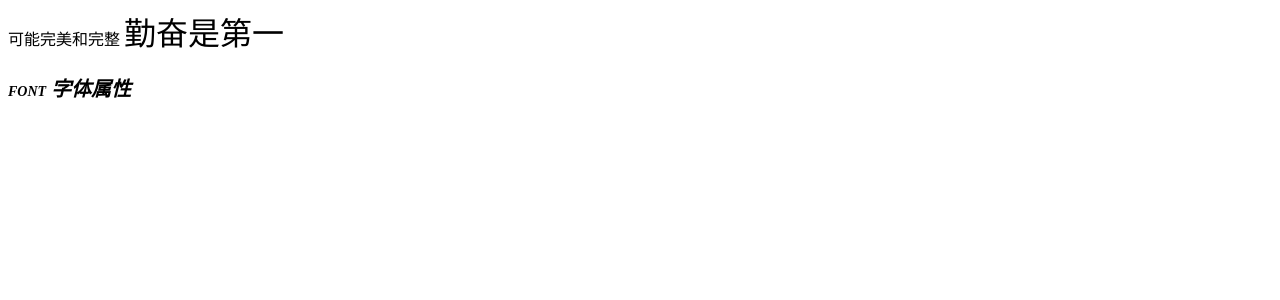
Repository: yuquan1006/-
Page: 02_css/demo.html
The author's editor kept a copy of each file at every save. The page is drawn from the files as they stood at one save, then again after a run of saves.
The browser window is 1280 px wide. The pictures show the whole page.

Above is the page before, as saved 2023-06-26 10:45:03.

### 02_css/demo.html
<!DOCTYPE html>
<html lang="en">
<head>
    <meta charset="UTF-8">
    <meta name="viewport" content="width=device-width, initial-scale=1.0">
    <title>Document</title>
    <style type="text/css">
        /* 相对单位 */
        label{
            font-size: 200%; /* 文字大小是周围文字大小的两倍 */
        }

        /* font 字体属性  CSS中，有很多非布局样式（与布局无关），包括：字体、行高、颜色、大小、背景、边框、滚动、换行、装饰性属性（粗体、斜体、下划线）等。 这一段，我们先来讲一下字体属性*/
        p{
            font-size: 20px; 		/*字体大小*/
            line-height: 30px;      /*行高*/
            font-family: 幼圆,黑体; 	/*字体类型：如果没有幼圆就显示黑体，没有黑体就显示默认*/
            font-style: italic ;		/*italic表示斜体，normal表示不倾斜*/
            font-weight: bold;	/*粗体*/
            font-variant: small-caps;  /*小写变大写*/
        }

        /* 行高*/



    </style>
</head>
<body>
    <div>
        可能完美和完整
        <label>勤奋是第一</label>
    </div>

    <div>
        <p>font 字体属性</p>
    </div>

    <!-- 字体属性-->

</body>
</html>

After the next 6 saves:
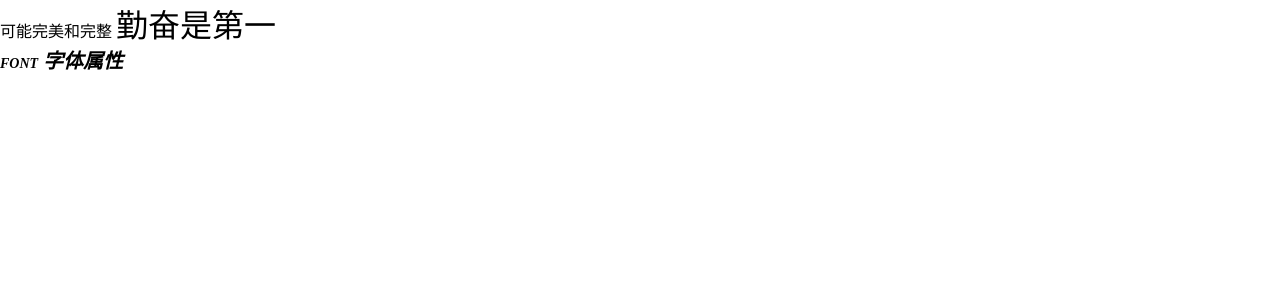
The 6 saves are shown as one change because they came seconds apart.
The last was saved 17 s later.
--- a/02_css/demo.html
+++ b/02_css/demo.html
@@ -21,7 +21,10 @@
         }
 
         /* 行高*/
-
+        *{
+            margin: 0px;
+            pad
+        }
 
 
     </style>
